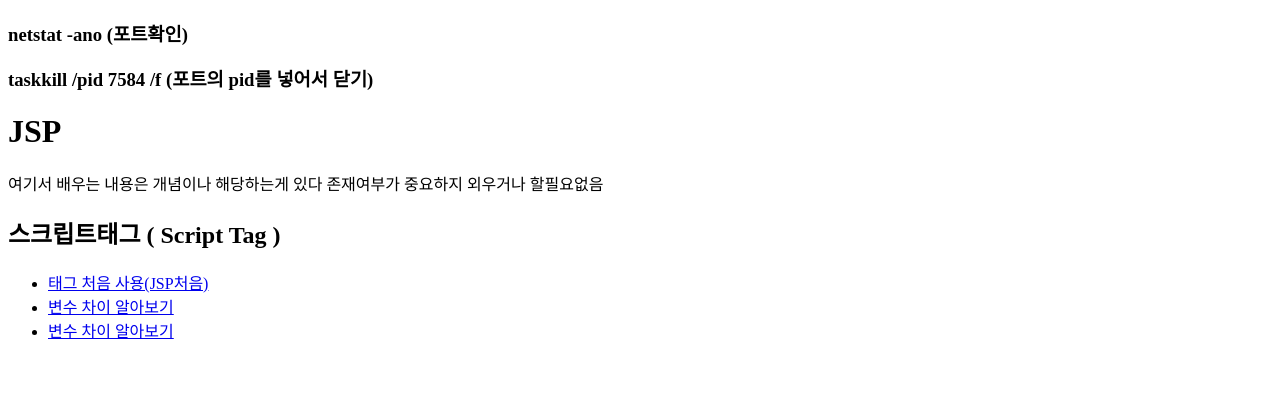
Repository: joeunpyeong/javaA
Page: 03.Tag/src/main/webapp/index.html
An editor plug-in stored every save of this project. The page is shown before and after the next save, followed by the edit.
The browser window is 1280 px wide. The pictures show the whole page.

Above is the page before, as saved 2023-05-19 01:44:52.

### 03.Tag/src/main/webapp/index.html
<!DOCTYPE html>
<html>
<head>
<meta charset="UTF-8">
<title>Insert title here</title>
</head>
<body>
	<h3>netstat -ano (포트확인)</h3>
	<h3>taskkill /pid 7584 /f (포트의 pid를 넣어서 닫기)</h3>

	<h1> JSP </h1>
	<p>여기서 배우는 내용은 개념이나 해당하는게 있다 존재여부가 중요하지 외우거나 할필요없음</p>
	<h2> 스크립트태그 ( Script Tag )</h2>

	<ul>
		<li><a href="01.Script/Ex00Into.jsp">태그 처음 사용(JSP처음)</a> </li>
		<li><a href="01.Script/Ex01Var.jsp">변수 차이 알아보기</a> </li>
		<li><a href="01.Script/Ex02If.jsp">변수 차이 알아보기</a> </li>
	</ul>


</body>
</html>

After the next save:
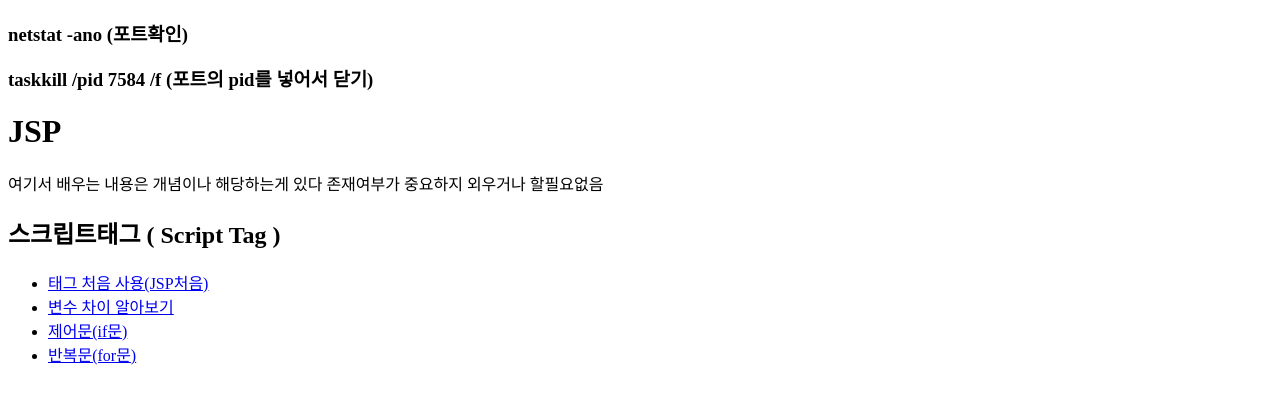
Saved 5 min 9 s later.
--- a/03.Tag/src/main/webapp/index.html
+++ b/03.Tag/src/main/webapp/index.html
@@ -15,7 +15,8 @@
 	<ul>
 		<li><a href="01.Script/Ex00Into.jsp">태그 처음 사용(JSP처음)</a> </li>
 		<li><a href="01.Script/Ex01Var.jsp">변수 차이 알아보기</a> </li>
-		<li><a href="01.Script/Ex02If.jsp">변수 차이 알아보기</a> </li>
+		<li><a href="01.Script/Ex02If.jsp">제어문(if문)</a> </li>
+		<li><a href="01.Script/Ex03For.jsp">반복문(for문)</a> </li>
 	</ul>
 
 
